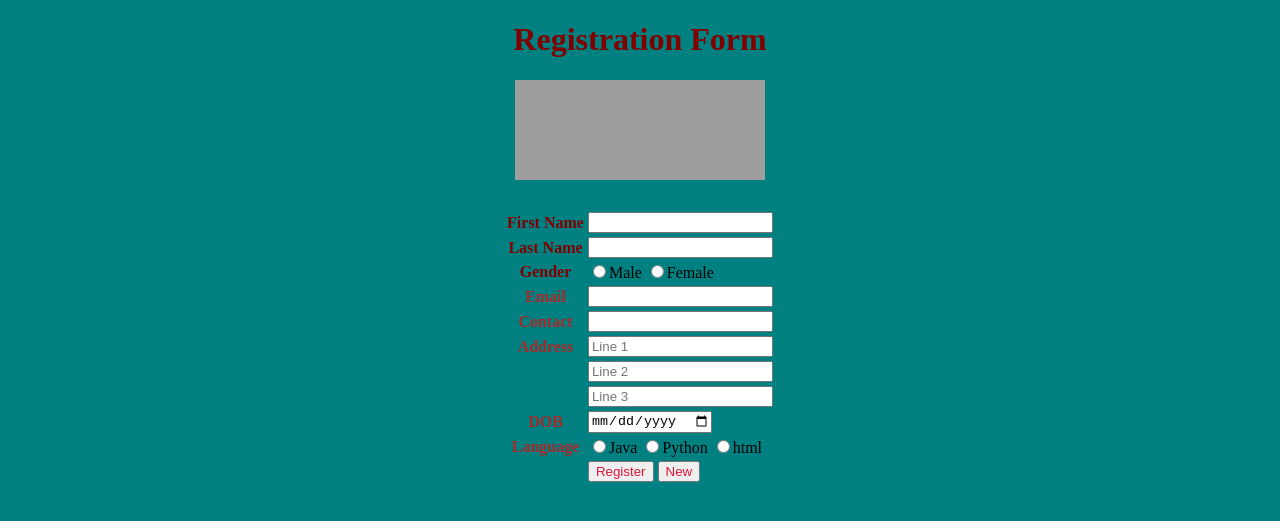
Repository: raviraj226/AdvanceJava
Page: http://localhost/Ravi_Maven/RegistrationForm.jsp
The author's editor kept a copy of each file at every save. The page is drawn from the files as they stood at one save, then again after the next save.
The browser window is 1280 px wide. The pictures show the whole page.
Pictures or frames that could not be fetched are drawn as grey boxes. The page is served by Tomcat 9.

Above is the page before, as saved 2022-03-11 11:12:26.

After the next save:
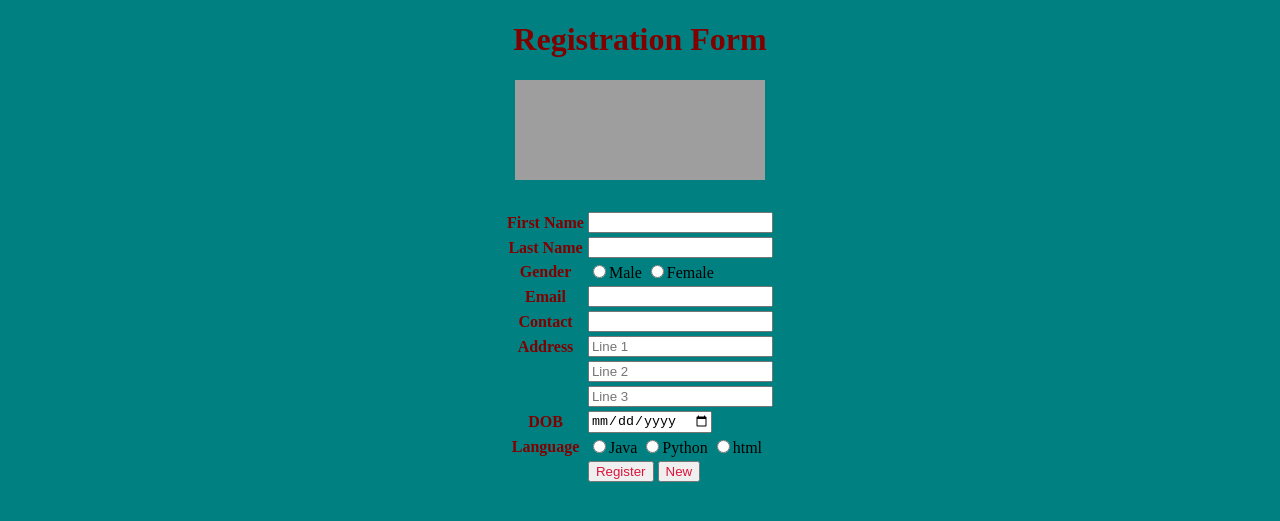
Saved 41 s later.
--- a/Advance Java/Ravi_Maven/src/main/webapp/RegistrationForm.jsp
+++ b/Advance Java/Ravi_Maven/src/main/webapp/RegistrationForm.jsp
@@ -27,12 +27,12 @@
                 </td>
             </tr>
             <tr>
-                <th><label for ="email" style="color: brown;">Email</label></th>
+                <th><label for ="email" style="color: maroon;">Email</label></th>
                 <td><input type ="email"> </td>
             </tr>
             <tr>
                 <th>
-                    <label for="fName" style="color: brown;">Contact</label>
+                    <label for="fName" style="color: maroon;">Contact</label>
                 </th>
                 <td>
                     <input type = "number" >
@@ -40,7 +40,7 @@
             </tr>
             <tr>
                 <th>
-                    <label for="fName" style="color: brown;">Address</label>
+                    <label for="fName" style="color: maroon;">Address</label>
                 </th>
                 <td>
                     <input type="fname" placeholder="Line 1">
@@ -62,7 +62,7 @@
             </tr>
             <tr>
                 <th>
-                    <label for="fName" style="color: brown;">DOB</label>
+                    <label for="fName" style="color: maroon;">DOB</label>
                 </th>
                 <td>
                     <input type="date">
@@ -70,7 +70,7 @@
             </tr>
             <tr>
                 <th>
-                    <label for="fName" style="color: brown;">Language</label>
+                    <label for="fName" style="color: maroon;">Language</label>
                 </th>
                 <td>
                     <input type="radio" name="1">Java
